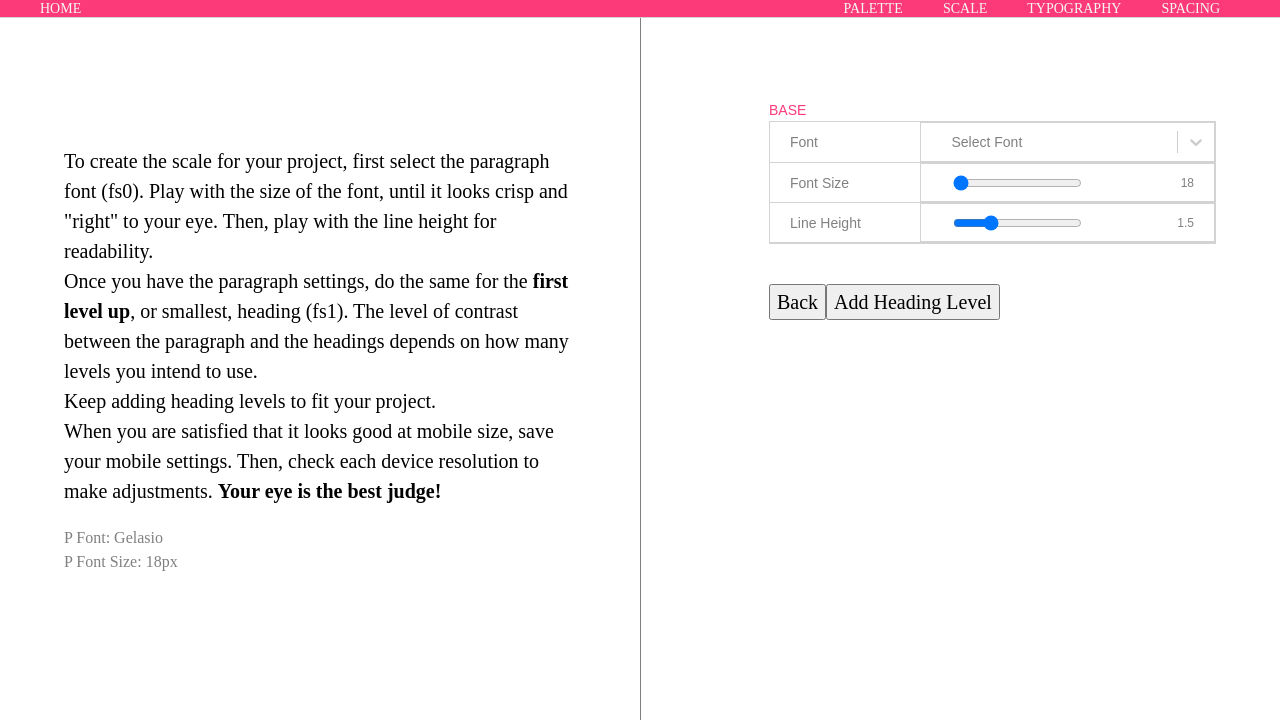
Repository: Terrycoco/coco-playground-starter
Page: /playground/scale
An editor plug-in stored every save of this project. The page is shown before and after the next save, followed by the edit.
The browser window is 1280 px wide. The pictures show the whole page.
Some web fonts or font styles are not loaded; a fallback is used. The project was rebuilt for these pictures with package versions that can differ from the ones it lists, and the page was loaded fresh each time. The framework's server and built-in components were replaced by stand-ins that run in the browser. Also part of the build but not shown: next.config.js, src/components/text/H1.js, src/components/text/Text.js, src/dev/components/layout/DeviceMenu.js, src/dev/components/dropdowns/ColorDropdown.js, src/utils/objects.js, src/dev/components/dropdowns/RatioDropdown.js, src/dev/components/forms/forms.module.css and 4 more.

Above is the page before, as saved 2023-03-03 16:28:49.

After the next save:
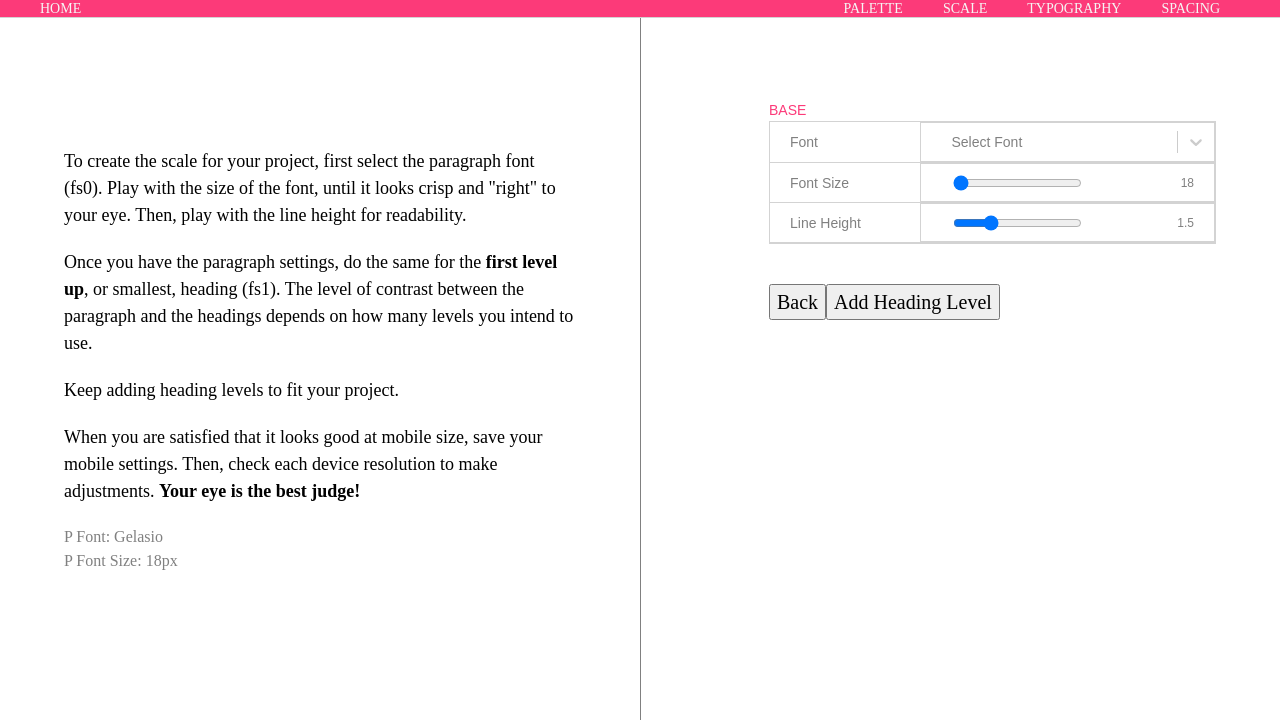
Saved 104 s later.
--- a/src/pages/playground/scale.js
+++ b/src/pages/playground/scale.js
@@ -209,14 +209,15 @@ export default function Scale() {
   };
 
   const getParaStyle = () => {
-    console.log("levels:", levels);
-    // let style = {
-    //   fontFamily: getFontVariable(baseFont),
-    //   fontSize: levels.base.fontSize,
-    //   lineHeight: levels.base.lineHeight,
-    //   marginBottom: "1rem",
-    // };
-    // return style;
+    if (levels.hasOwnProperty("base")) {
+      let style = {
+        fontFamily: getFontVariable(baseFont),
+        fontSize: levels.base.fontSize,
+        lineHeight: levels.base.lineHeight,
+        marginBottom: "1rem",
+      };
+      return style;
+    }
   };
 
   const getHeadingStyle = (level) => {
